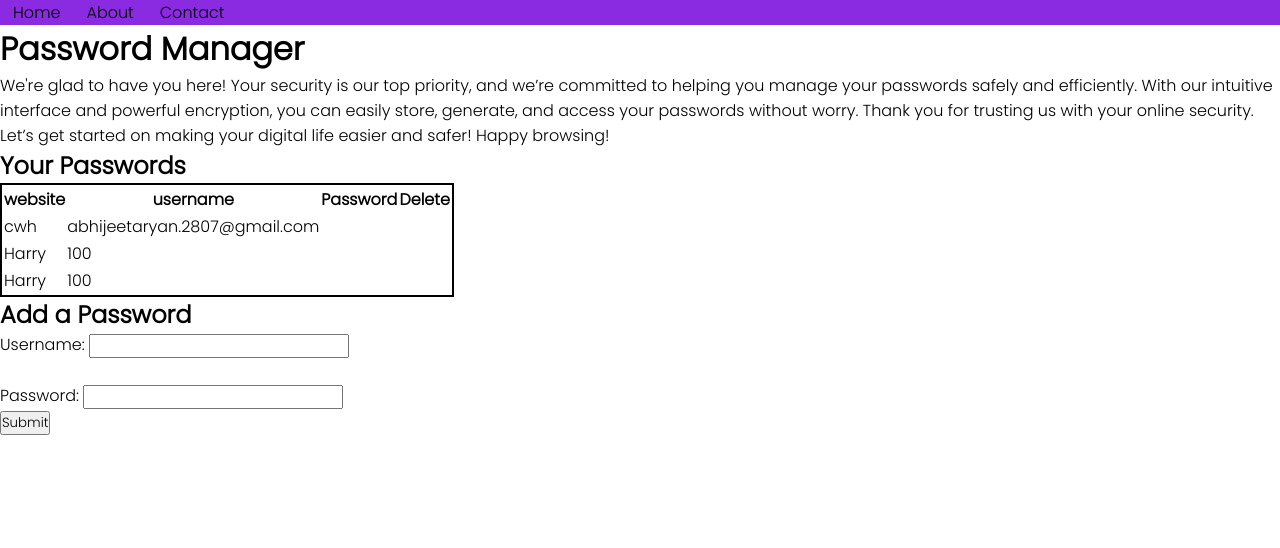
Repository: Abhi2807ar/PASSWORD-MANAGER
Page: index.html
The author's editor kept a copy of each file at every save. The page is drawn from the files as they stood at one save, then again after the next save.
The browser window is 1280 px wide. The pictures show the whole page.

Above is the page before, as saved 2024-10-14 14:50:18.

After the next save:
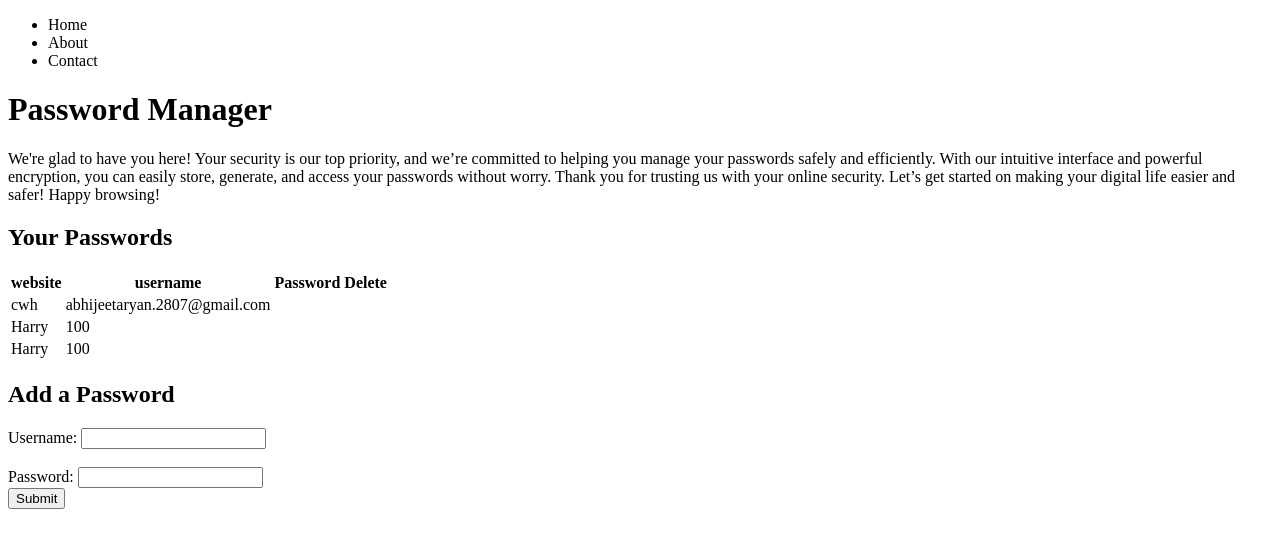
Saved 24 s later.
--- a/index.html
+++ b/index.html
@@ -4,32 +4,7 @@
     <meta charset="UTF-8">
     <meta name="viewport" content="width=device-width, initial-scale=1.0">
     <title>Documentx</title>
-    <style>
-@import url('https://fonts.googleapis.com/css2?family=Poppins:wght@200;300&display=swap');
-*{
-    margin:0;
-    padding:0;
-    font-family: "Poppins", sans-serif;;
- }
- nav{ background-color: blueviolet;
- }
- ul{
-    display:flex;
 
- }
- ul li{
-    list-style:none;
-margin:0 13px;
- }
- table {
-    border:2px solid black
-
-}
-.container{
-    max-width: 80vw;
-    margin: 23px auto;
-}
-</style>
 
 </head>
 
